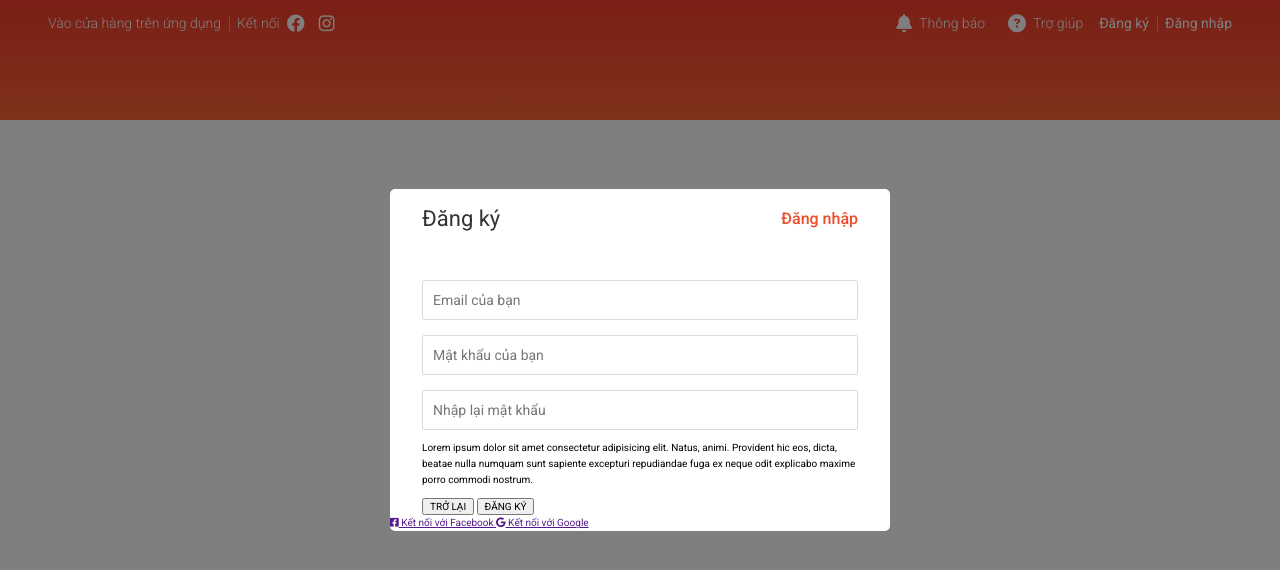
Repository: dptuyen1/F8-Tutorial
Page: index.html
These files come from the project's save history. The page is drawn as it stood at one moment and after the next save; the edit follows.
The browser window is 1280 px wide. The pictures show the whole page.
The first visible `.auth-form__input` has the focus.

Above is the page before, as saved 2023-05-08 17:05:45.

### index.html
<!DOCTYPE html>
<html lang="en">
  <head>
    <meta charset="UTF-8" />
    <meta http-equiv="X-UA-Compatible" content="IE=edge" />
    <meta name="viewport" content="width=device-width, initial-scale=1.0" />
    <title>Document</title>
    <link
      rel="stylesheet"
      href="https://cdnjs.cloudflare.com/ajax/libs/normalize/8.0.1/normalize.min.css"
      integrity="sha512-NhSC1YmyruXifcj/KFRWoC561YpHpc5Jtzgvbuzx5VozKpWvQ+4nXhPdFgmx8xqexRcpAglTj9sIBWINXa8x5w=="
      crossorigin="anonymous"
      referrerpolicy="no-referrer"
    />
    <link rel="stylesheet" href="assets/css/base.css" />
    <link rel="stylesheet" href="assets/css/main.css" />
    <link
      rel="stylesheet"
      href="assets/fonts/fontawesome-free-6.4.0-web/css/all.min.css"
    />
    <link rel="preconnect" href="https://fonts.googleapis.com" />
    <link rel="preconnect" href="https://fonts.gstatic.com" crossorigin />
    <link
      href="https://fonts.googleapis.com/css2?family=Roboto:wght@300;400;500;700&display=swap"
      rel="stylesheet"
    />
  </head>

  <body>
    <div class="app">
      <header class="header">
        <div class="grid">
          <nav class="header__navbar">
            <ul class="header__navbar-list">
              <li
                class="header__navbar-item header__navbar-item-has-qr header__navbar-item-separate"
              >
                Vào cửa hàng trên ứng dụng
                <div class="header__qr">
                  <img
                    src="assets/img/qr_code.png"
                    alt="QR Cođe"
                    class="header__qr-img"
                  />
                  <div class="header__qr-apps">
                    <a href="" class="header__qr-link">
                      <img
                        src="assets/img/google_play.png"
                        alt="Google Play"
                        class="header__qr-download-img"
                      />
                    </a>
                    <a href="" class="header__qr-link">
                      <img
                        src="assets/img/app_store.png"
                        alt="App Store"
                        class="header__qr-download-img"
                      />
                    </a>
                  </div>
                </div>
              </li>
              <li class="header__navbar-item">
                <span class="header__navbar-title-no-pointer">Kết nối</span>
                <a href="" class="header__navbar-icon-link">
                  <i class="header__navbar-icon fa-brands fa-facebook"></i>
                </a>
                <a href="" class="header__navbar-icon-link">
                  <i class="header__navbar-icon fa-brands fa-instagram"></i>
                </a>
              </li>
            </ul>
            <ul class="header__navbar-list">
              <li class="header__navbar-item header__navbar-item--has-notify">
                <a href="" class="header__navbar-item-link">
                  <a href="" class="header__navbar-icon-link">
                    <i class="header__navbar-icon fa-solid fa-bell"></i> </a
                  >Thông báo
                </a>
                <div class="header__notify">
                  <header class="header__notify-header">
                    <h3>Thông báo mới nhận</h3>
                  </header>
                  <ul class="header__notify-list">
                    <li class="header__notify-item">
                      <a href="" class="header_notify-link">
                        <img
                          src="assets/img/comestic.jpg"
                          alt=""
                          class="header__notify-img"
                        />
                        <div class="header__notify-info">
                          <span class="header_notify-name"
                            >Mỹ phẩm Ohui chính hãng</span
                          >
                          <span class="header__notify-description"
                            >Mô tả mỹ tả Ohui chính hãng</span
                          >
                        </div>
                      </a>
                    </li>
                    <li class="header__notify-item header__notify-item--read">
                      <a href="" class="header_notify-link">
                        <img
                          src="assets/img/comestic.jpg"
                          alt=""
                          class="header__notify-img"
                        />
                        <div class="header__notify-info">
                          <span class="header_notify-name"
                            >Mỹ phẩm Ohui chính hãng</span
                          >
                          <span class="header__notify-description"
                            >Mô tả mỹ tả Ohui chính hãng</span
                          >
                        </div>
                      </a>
                    </li>
                    <li class="header__notify-item">
                      <a href="" class="header_notify-link">
                        <img
                          src="assets/img/comestic.jpg"
                          alt=""
                          class="header__notify-img"
                        />
                        <div class="header__notify-info">
                          <span class="header_notify-name"
                            >Mỹ phẩm Ohui chính hãng</span
                          >
                          <span class="header__notify-description"
                            >Mô tả mỹ tả Ohui chính hãng</span
                          >
                        </div>
                      </a>
                    </li>
                  </ul>
                  <footer class="header__notify-footer">
                    <a href="" class="header__notify-footer-btn">Xem tất cả</a>
                  </footer>
                </div>
              </li>
              <li class="header__navbar-item">
                <a href="" class="header__navbar-item-link">
                  <a href="" class="header__navbar-icon-link">
                    <i
                      class="header__navbar-icon fa-solid fa-circle-question"
                    ></i></a
                  >Trợ giúp
                </a>
              </li>
              <li
                class="header__navbar-item header__navbar-item-bold header__navbar-item-separate"
              >
                Đăng ký
              </li>
              <li class="header__navbar-item header__navbar-item-bold">
                Đăng nhập
              </li>
            </ul>
          </nav>
        </div>
      </header>

      <div class="container"></div>

      <footer class="footer"></footer>
    </div>

    <!-- Modal layout -->
    <div class="modal">
      <div class="modal__overlay"></div>
      <div class="modal__body">
        <div class="modal__inner"></div>

        <!-- Authenticated Form -->
        <form class="auth-form">
          <div class="auth-form__container">
            <div class="auth-form__header">
              <h3 class="auth_form__heading">Đăng ký</h3>
              <span class="auth_form__switch-btn">Đăng nhập</span>
            </div>
            <div class="auth-form__form">
              <div class="auth-form__group">
                <input
                  type="text"
                  class="auth-form__input"
                  placeholder="Email của bạn"
                />
              </div>
              <div class="auth-form__group">
                <input
                  type="password"
                  class="auth-form__input"
                  placeholder="Mật khẩu của bạn"
                />
              </div>
              <div class="auth-form__group">
                <input
                  type="password"
                  class="auth-form__input"
                  placeholder="Nhập lại mật khẩu"
                />
              </div>
            </div>
            <div class="auth-form__aside">
              <p>
                Lorem ipsum dolor sit amet consectetur adipisicing elit. Natus,
                animi. Provident hic eos, dicta, beatae nulla numquam sunt
                sapiente excepturi repudiandae fuga ex neque odit explicabo
                maxime porro commodi nostrum.
              </p>
            </div>
            <div class="auth-form_controls">
              <button class="btn">TRỞ LẠI</button>
              <button class="btn btn--primary">ĐĂNG KÝ</button>
            </div>
          </div>

          <div class="auth-form_socials">
            <a href="" class="btn btn--with-icon">
              <i class="fa-brands fa-square-facebook"></i>
              Kết nối với Facebook
            </a>
            <a href="" class="btn btn--with-icon">
              <i class="fa-brands fa-google"></i>
              Kết nối với Google
            </a>
          </div>
        </form>
      </div>
    </div>
  </body>
</html>

### assets/css/base.css
:root {
  --primary-color: #ee4d2d;
  --white-color: #fff;
  --black-color: #000;
  --text-color: #333;
  --border-color: #dbdbdb;
}

* {
  box-sizing: inherit;
}

html {
  font-size: 62.5%;
  line-height: 1.6rem;
  font-family: "Roboto", sans-serif;
  box-sizing: border-box;
}

.grid {
  width: 1200px;
  max-width: 100%;
  /* căn giữa */
  margin: 0 auto;
}

.grid__full-width {
  width: 100%;
}

.grid__row {
  display: flex;
  flex-wrap: wrap;
}

/* Modal */
.modal {
  position: fixed;
  top: 0;
  right: 0;
  bottom: 0;
  left: 0;
  display: flex;
}

.modal__overlay {
  position: absolute;
  width: 100%;
  height: 100%;
  background-color: rgba(0, 0, 0, 0.5);
}

.modal__body {
  background-color: var(--white-color);
  margin: auto;
  position: relative;
  z-index: 1;
  border-radius: 5px;
}

.modal__inner {
}

/* Animation */
@keyframes fadeIn {
  from {
    opacity: 0;
  }

  to {
    opacity: 1;
  }
}

@keyframes notifyGrowth {
  from {
    opacity: 0;
    transform: scale(0);
  }

  to {
    opacity: 1;
    transform: scale(1);
  }
}

### assets/css/main.css
.header {
  height: 120px;
  background-image: linear-gradient(0, #fe6433, #f53e2d);
}

.header__navbar {
  display: flex;
  justify-content: space-between;
}

.header__navbar-list {
  list-style: none;
  padding-left: 0;
}

.header__navbar-item {
  margin: 0 8px;
  position: relative;
  min-height: 26px;
}

.header__navbar-item-has-qr:hover .header__qr {
  display: block;
}

.header__navbar-item,
.header__navbar-item-link {
  display: inline-block;
  font-size: 1.4rem;
  color: var(--white-color);
  text-decoration: none;
  font-weight: 300;
}

.header__navbar-list,
.header__navbar-item,
.header__navbar-item-link,
.header__navbar-icon-link {
  display: inline-flex;
  align-items: center;
}

.header__navbar-item:hover,
.header__navbar-item-link:hover,
.header__navbar-icon-link:hover {
  color: rgba(255, 255, 255, 0.5);
  cursor: pointer;
}

.header__navbar-item--has-notify:hover .header__notify {
  display: block;
}

.header__navbar-item-bold {
  font-weight: 400;
}

.header__navbar-item-separate::after {
  content: "";
  display: block;
  position: absolute;
  border-left: 1px solid #fb9086;
  height: 16px;
  right: -9px;
  top: 50%;
  transform: translateY(-50%);
}

.header__navbar-icon-link {
  color: var(--white-color);
  text-decoration: none;
}

.header__navbar-icon {
  font-size: 1.8rem;
  margin: 0 7px;
}

.header__navbar-title-no-pointer {
  cursor: text;
  color: var(--white-color);
}

/* Header QR Code  */
.header__qr {
  width: 185px;
  background-color: var(--white-color);
  position: absolute;
  left: 0;
  /* cao bằng thẻ chứa nó */
  top: 150%;
  padding: 8px;
  border-radius: 2px;
  display: none;
  animation: fadeIn ease-in 0.5s;
}

.header__qr::before {
  content: "";
  display: block;
  position: absolute;
  width: 100%;
  height: 20px;
  left: 0;
  top: -20px;
}

.header__qr-img {
  width: 100%;
}

.header__qr-apps {
  display: flex;
  justify-content: space-between;
}

.header__qr-link:first-child {
  margin-left: 11px;
}

.header__qr-link:last-child {
  margin-right: 11px;
}

.header__qr-download-img {
  height: 15px;
}

/* Header notification */

.header__notify {
  position: absolute;
  top: 150%;
  right: 0;
  width: 405px;
  background-color: var(--white-color);
  border: 1px solid #d3d3d3;
  border-radius: 2px;
  cursor: default;
  transform-origin: top right;
  display: none;
  animation: notifyGrowth ease-in 0.5s;
}

.header__notify::before {
  content: "";
  border-width: 20px 30px;
  border-style: solid;
  border-color: transparent transparent var(--white-color) transparent;
  position: absolute;
  right: 0;
  top: -30px;
}

.header__notify::after {
  content: "";
  display: block;
  position: absolute;
  right: 0;
  top: -20px;
  width: 100%;
  height: 20px;
}

.header__notify-header {
  height: 40px;
  background-color: var(--white-color);
}

.header__notify-header h3 {
  color: #999;
  margin: 0 0 0 12px;
  font-weight: 400;
  font-size: 1.4rem;
  line-height: 40px;
}

.header__notify-list {
  padding-left: 0;
}

.header__notify-item {
  display: flex;
}

.header__notify-item:hover {
  background-color: #f7f7f7;
}

.header__notify-item--read {
  background-color: rgba(238, 77, 45, 0.2);
}

.header_notify-link {
  width: 100%;
  display: flex;
  padding: 12px;
  text-decoration: none;
}

.header__notify-img {
  width: 50px;
  object-fit: contain;
}

.header__notify-info {
  margin-left: 12px;
}

.header_notify-name {
  display: block;
  font-size: 1.4rem;
  color: var(--black-color);
  font-weight: 400;
}

.header__notify-description {
  display: block;
  font-size: 1.2rem;
  line-height: 2rem;
  color: #756f6e;
  margin-top: 10px;
}

.header__notify-footer {
  display: flex;
}

.header__notify-footer-btn {
  text-decoration: none;
  color: var(--text-color);
  margin: 0 auto;
  padding: 10px;
  font-size: 1.4rem;
  font-weight: 400;
}

/* Authenticated modal */
.auth-form {
  width: 500px;
}

.auth-form__container {
  padding: 0 32px;
}

.auth-form__header {
  display: flex;
  align-items: center;
  justify-content: space-between;
}

.auth_form__heading {
  font-size: 2.2rem;
  font-weight: 400;
  color: var(--text-color);
}

.auth_form__switch-btn {
  font-size: 1.6rem;
  color: var(--primary-color);
  font-weight: 500;
  cursor: pointer;
}

.auth-form__form {
  margin-top: 16px;
}

.auth-form__group {
}

.auth-form__input {
  width: 100%;
  height: 40px;
  margin-top: 15px;
  padding: 0 10px;
  font-size: 1.4rem;
  border: 1px solid var(--border-color);
  border-radius: 2px;
  outline: none;
}

.auth-form__aside {
}

.auth-form_controls {
}

.btn {
}

.btn--primary {
}

.auth-form_socials {
}

.btn--with-icon {
}

.fa-brands {
}

.fa-square-facebook {
}

.fa-google {
}

Loaded but not shown: assets/fonts/fontawesome-free-6.4.0-web/css/all.min.css (library)

After the next save:
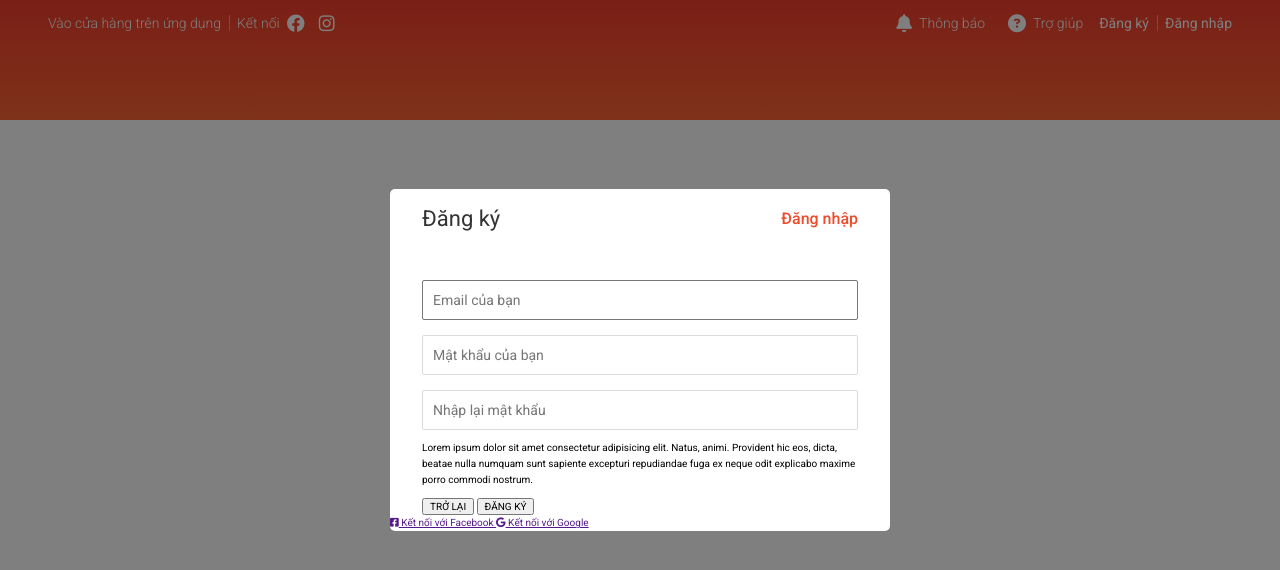
Saved 44 s later.
--- a/assets/css/main.css
+++ b/assets/css/main.css
@@ -281,6 +281,10 @@
   outline: none;
 }
 
+.auth-form__input:focus {
+  border-color: #777;
+}
+
 .auth-form__aside {
 }
 
